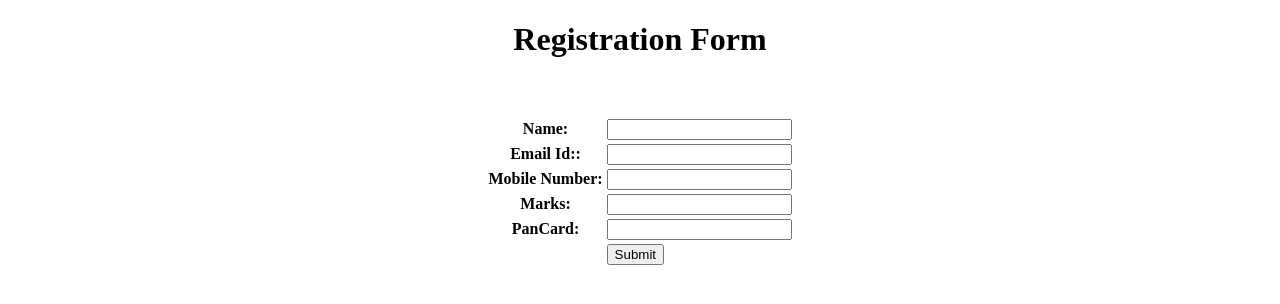
Repository: poojagupta18/Practice-Java
Page: http://localhost/MyOnlineInterviewProcess/RegistrationPortal.jsp
These files come from the project's save history. The page is drawn as it stood at one moment and after the next save; the edit follows.
The browser window is 1280 px wide. The pictures show the whole page.
The page is served by Tomcat 9.

Above is the page before, as saved 2019-12-04 10:47:10.

### java Training/java/Online-Interview-Process/MyOnlineInterviewProcess/WebContent/RegistrationPortal.jsp
<%@ page language="java" contentType="text/html; charset=ISO-8859-1"
	pageEncoding="ISO-8859-1"%>
<!DOCTYPE html>
<html>
<head>
<meta charset="ISO-8859-1">
<title>Insert title here</title>
</head>
<body>



	<form action="_______" method="post">
	<center>
		<h1>Registration Form</h1>
			<br>
			<br>
		<table>
			<tr>
				<th>Name:</th>
				<td><input type="text" name="studentName"></td>
			</tr>
			<tr>
				<th>Email Id::</th>
				<td><input type="text" name="email"></td>
			</tr>
			<tr>
				<th>Mobile Number:</th>
				<td><input type="text" name="mobile"></td>
			</tr>
			<tr>
				<th>Marks:</th>
				<td><input type="text" name="marks"></td>
			</tr>
			<tr>
				<th>PanCard:</th>
				<td><input type="text" name="pancard"></td>
			</tr>
			<tr>
				<th></th>
				<td><input type="submit" value="Submit"></td>
			</tr>
		</table>
		</center>
	</form>
</body>
</html>

After the next save:
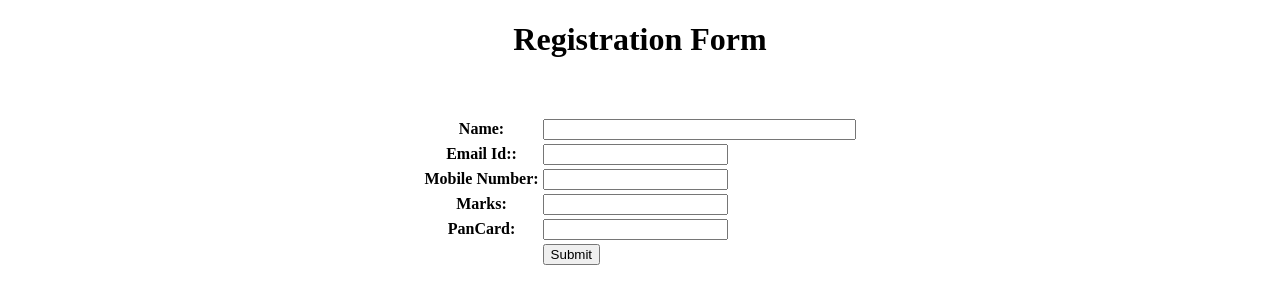
Saved 38 s later.
--- a/java Training/java/Online-Interview-Process/MyOnlineInterviewProcess/WebContent/RegistrationPortal.jsp
+++ b/java Training/java/Online-Interview-Process/MyOnlineInterviewProcess/WebContent/RegistrationPortal.jsp
@@ -18,7 +18,7 @@
 		<table>
 			<tr>
 				<th>Name:</th>
-				<td><input type="text" name="studentName"></td>
+				<td><input type="text" name="studentName" size="36"></td>
 			</tr>
 			<tr>
 				<th>Email Id::</th>
